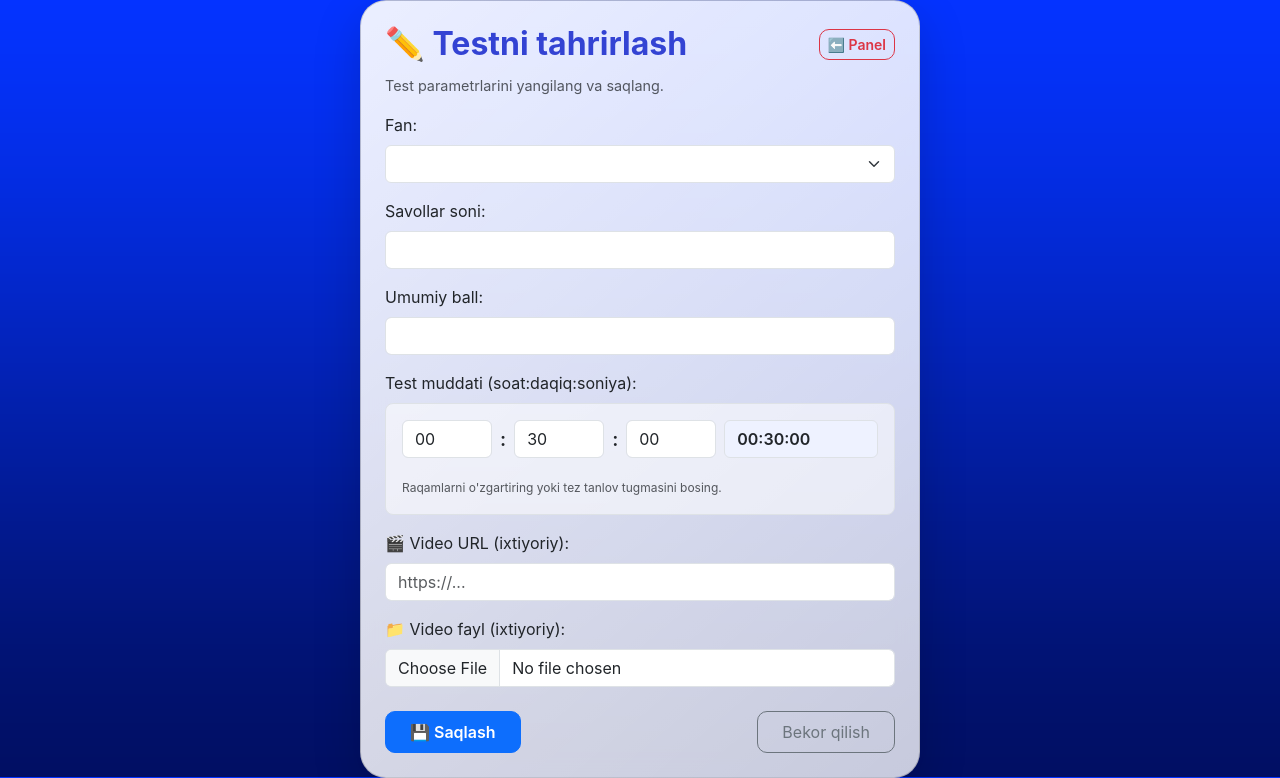
Repository: Shaxobiddin-Github/KatDPI_test
Page: backend/main/templates/controller_panel/edit_test.html
These files come from the project's save history. The page is drawn as it stood at one moment and after the next save; the edit follows.
The browser window is 1280 px wide. The pictures show the whole page.
Backgrounds fixed to the window are drawn as part of the page. The template is drawn by Django 5.2. The application's start-up code is not run. Other server files are loaded and not shown. The template is opened directly, without the code that normally fills it, so the values that code supplies are empty.

Above is the page before, as saved 2025-09-25 16:45:10.

### backend/main/templates/controller_panel/edit_test.html
<!DOCTYPE html>
<html lang="uz">
<head>
    <meta charset="UTF-8">
    <title>Testni tahrirlash</title>
    <meta name="viewport" content="width=device-width, initial-scale=1">
    <link rel="stylesheet" href="https://cdn.jsdelivr.net/npm/bootstrap@5.3.3/dist/css/bootstrap.min.css">
</head>

<body style="background: url('/static/main/1.png') no-repeat center center fixed; background-size: cover; min-height: 100vh; font-family: 'Inter', 'Segoe UI', sans-serif;">
<div class="container d-flex align-items-center justify-content-center" style="min-height: 100vh;">
    <div class="card shadow-lg p-4" style="max-width: 560px; width: 100%; border-radius: 26px; background: linear-gradient(140deg, rgba(255,255,255,0.92), rgba(255,255,255,0.78)); backdrop-filter: blur(14px); box-shadow:0 10px 28px rgba(50,60,140,0.25);">
        <div class="d-flex align-items-center justify-content-between mb-3">
            <h2 class="mb-0" style="font-weight:700; color:#3343d3;">✏️ Testni tahrirlash</h2>
            <a href="/api/controller-panel/dashboard/" class="btn btn-sm btn-outline-danger" style="font-weight:600;border-radius:10px;">⬅️ Panel</a>
        </div>
        <p class="text-muted" style="margin-top:-4px;font-size:0.9rem;">Test parametrlarini yangilang va saqlang.</p>
        {% if error %}
            <div class="alert alert-danger">{{ error }}</div>
        {% endif %}
    <form method="post" enctype="multipart/form-data">
            {% csrf_token %}
            {% if test.group %}
            <div class="mb-3">
                <label for="group" class="form-label">Guruh:</label>
                <select name="group" id="group" class="form-select" required>
                    {% for group in groups %}
                        <option value="{{ group.id }}" {% if test.group.id == group.id %}selected{% endif %}>{{ group.name }}</option>
                    {% endfor %}
                </select>
            </div>
            {% endif %}
            {% if test.kafedra %}
            <div class="mb-3">
                <label for="kafedra" class="form-label">Kafedra:</label>
                <select name="kafedra" id="kafedra" class="form-select" required>
                    {% for kafedra in kafedralar %}
                        <option value="{{ kafedra.id }}" {% if test.kafedra.id == kafedra.id %}selected{% endif %}>{{ kafedra.name }}</option>
                    {% endfor %}
                </select>
            </div>
            {% endif %}
            {% if test.bulim %}
            <div class="mb-3">
                <label for="bulim" class="form-label">Bo'lim:</label>
                <select name="bulim" id="bulim" class="form-select" required>
                    {% for bulim in bulimlar %}
                        <option value="{{ bulim.id }}" {% if test.bulim.id == bulim.id %}selected{% endif %}>{{ bulim.name }}</option>
                    {% endfor %}
                </select>
            </div>
            {% endif %}
            <div class="mb-3">
                <label for="subject" class="form-label">Fan:</label>
                <select name="subject" id="subject" class="form-select" required>
                    {% for subject in subjects %}
                        <option value="{{ subject.id }}" {% if test.subject.id == subject.id %}selected{% endif %}>{{ subject.name }}</option>
                    {% endfor %}
                </select>
            </div>
            <div class="mb-3">
                <label for="question_count" class="form-label">Savollar soni:</label>
                <input type="number" name="question_count" id="question_count" class="form-control" value="{{ test.question_count }}" required>
            </div>
            <div class="mb-3">
                <label for="total_score" class="form-label">Umumiy ball:</label>
                <input type="number" name="total_score" id="total_score" class="form-control" value="{{ test.total_score }}" required>
            </div>
            <div class="mb-3">
                <label for="duration" class="form-label">Test muddati (soat:daqiq:soniya):</label>
                <div class="duration-picker border rounded-3 p-3" style="background:rgba(255,255,255,0.55);">
                    <div class="d-flex flex-wrap align-items-center gap-2 mb-2">
                        {% with test.duration|time:'H' as dh %}{% with test.duration|time:'i' as dm %}{% with test.duration|time:'s' as ds %}
                        <input type="number" id="dur_hours" min="0" max="23" value="{{ dh|default:'00' }}" class="form-control" style="width:90px;">
                        <span style="font-weight:600;font-size:1.2rem;">:</span>
                        <input type="number" id="dur_minutes" min="0" max="59" value="{{ dm|default:'30' }}" class="form-control" style="width:90px;">
                        <span style="font-weight:600;font-size:1.2rem;">:</span>
                        <input type="number" id="dur_seconds" min="0" max="59" value="{{ ds|default:'00' }}" class="form-control" style="width:90px;">
                        <input type="text" name="duration" id="duration" class="form-control" style="flex:1;min-width:150px;background:#eef2ff;font-weight:600;" readonly value="{{ test.duration|time:'H:i:s' }}">
                        {% endwith %}{% endwith %}{% endwith %}
                    </div>
                    <div class="d-flex flex-wrap gap-2 mb-2">
                        {% for p in preset_list %}
                            <button type="button" class="btn btn-sm btn-outline-primary preset-btn" data-preset="{{ p }}">{{ p|slice:':5' }}</button>
                        {% endfor %}
                    </div>
                    <small class="text-muted" style="font-size:0.75rem;">Raqamlarni o'zgartiring yoki tez tanlov tugmasini bosing.</small>
                </div>
            </div>
            <div class="mb-3">
                <label for="video_url" class="form-label">🎬 Video URL (ixtiyoriy):</label>
                <input type="url" name="video_url" id="video_url" class="form-control" value="{{ test.video_url }}" placeholder="https://..." />
            </div>
            <div class="mb-3">
                <label for="video_file" class="form-label">📁 Video fayl (ixtiyoriy):</label>
                <input type="file" name="video_file" id="video_file" class="form-control" accept="video/*" />
                {% if test.video_file %}
                <small class="text-muted">Hozirgi fayl: <a href="{{ test.video_file.url }}" target="_blank">ko‘rish</a></small>
                {% endif %}
            </div>
            <div class="d-flex justify-content-between align-items-center mt-4">
                <button type="submit" class="btn btn-primary px-4 py-2" style="font-weight:600; border-radius:10px;">💾 Saqlash</button>
                <a href="/api/controller-panel/dashboard/" class="btn btn-outline-secondary px-4 py-2" style="border-radius:10px;">Bekor qilish</a>
            </div>
        </form>
    </div>
</div>
<script>
// Duration builder (edit test)
(function(){
    function el(id){return document.getElementById(id);}
    const h=el('dur_hours'), m=el('dur_minutes'), s=el('dur_seconds'), out=el('duration');
    if(!h||!m||!s||!out) return;
    function pad(v){return String(Math.max(0, Math.min(99, parseInt(v||0)))).padStart(2,'0');}
    function clamp(){
        if(parseInt(h.value)>23) h.value=23; if(parseInt(h.value)<0||!h.value) h.value=0;
        if(parseInt(m.value)>59) m.value=59; if(parseInt(m.value)<0||!m.value) m.value=0;
        if(parseInt(s.value)>59) s.value=59; if(parseInt(s.value)<0||!s.value) s.value=0;
    }
    function update(){clamp(); out.value = `${pad(h.value)}:${pad(m.value)}:${pad(s.value)}`;}
    [h,m,s].forEach(e=>e.addEventListener('input', update));
    document.querySelectorAll('.preset-btn[data-preset]').forEach(btn=>btn.addEventListener('click',()=>{
        const parts = btn.dataset.preset.split(':');
        if(parts.length===3){h.value=parseInt(parts[0]);m.value=parseInt(parts[1]);s.value=parseInt(parts[2]);update();}
    }));
    update();
})();
</script>
</body>
</html>

After the next save:
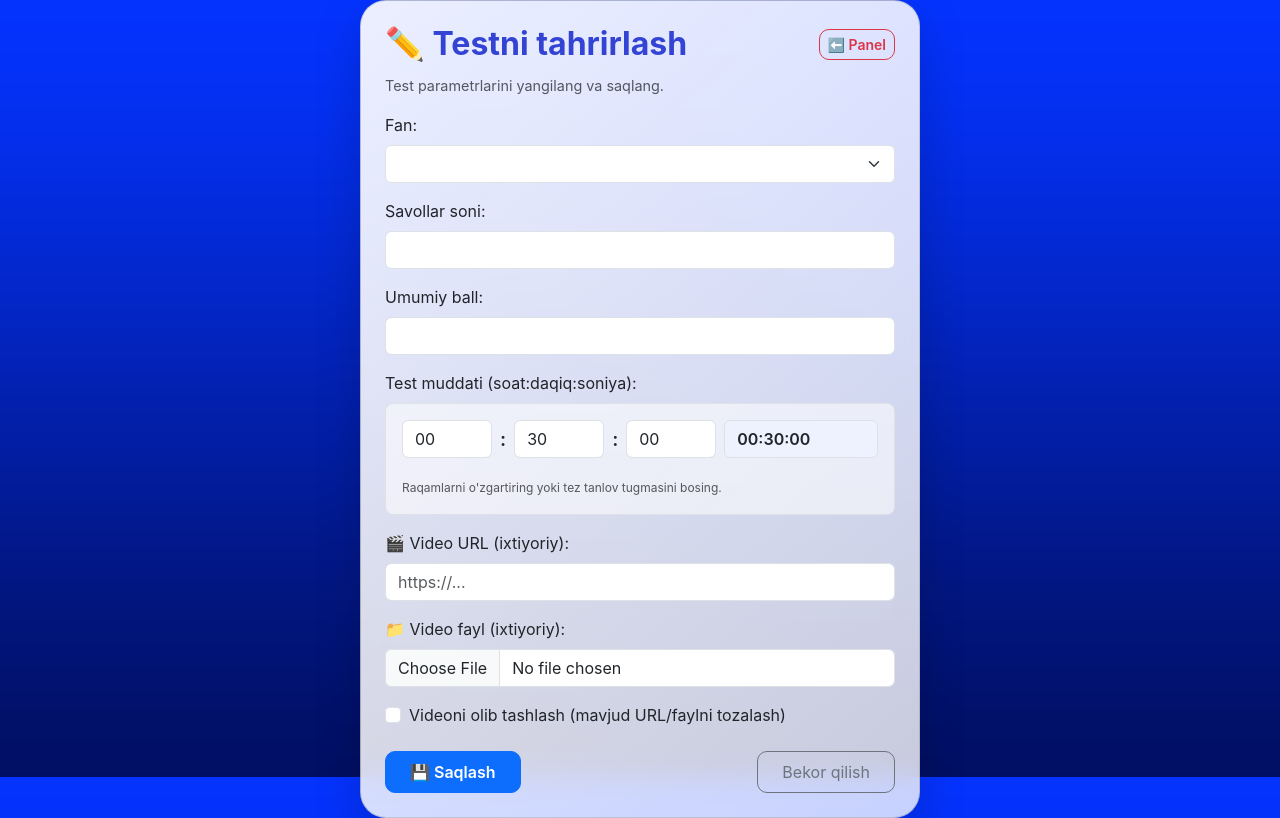
Saved 21 min 24 s later.
--- a/backend/main/templates/controller_panel/edit_test.html
+++ b/backend/main/templates/controller_panel/edit_test.html
@@ -98,6 +98,10 @@
                 <small class="text-muted">Hozirgi fayl: <a href="{{ test.video_file.url }}" target="_blank">ko‘rish</a></small>
                 {% endif %}
             </div>
+            <div class="form-check mb-3">
+                <input class="form-check-input" type="checkbox" id="remove_video" name="remove_video" value="1">
+                <label class="form-check-label" for="remove_video">Videoni olib tashlash (mavjud URL/faylni tozalash)</label>
+            </div>
             <div class="d-flex justify-content-between align-items-center mt-4">
                 <button type="submit" class="btn btn-primary px-4 py-2" style="font-weight:600; border-radius:10px;">💾 Saqlash</button>
                 <a href="/api/controller-panel/dashboard/" class="btn btn-outline-secondary px-4 py-2" style="border-radius:10px;">Bekor qilish</a>
